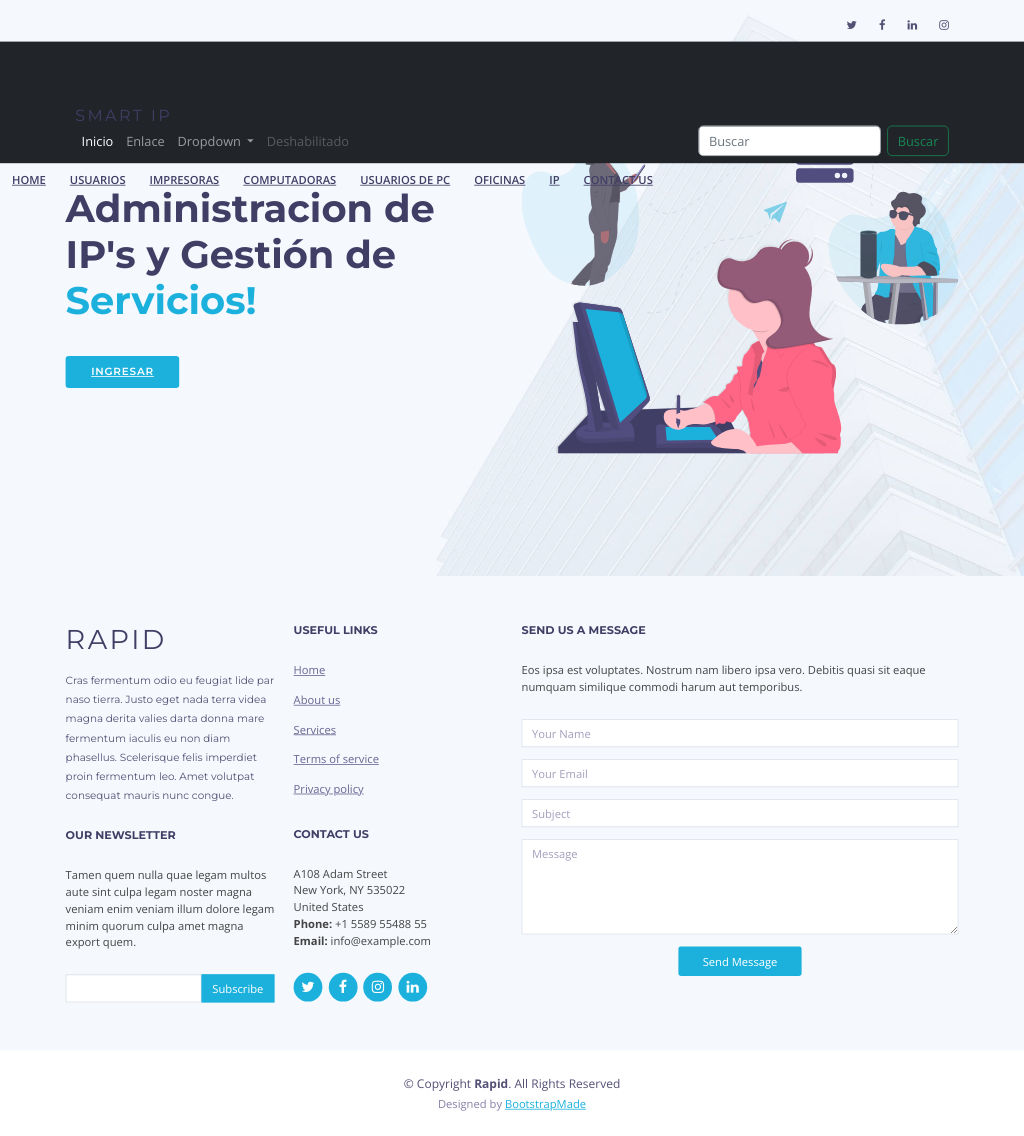
Repository: AlejandroJesusSerrano/SmartIPs
Page: http://localhost/smartipnav/index
These files come from the project's save history. The page is drawn as it stood at one moment and after the next save; the edit follows.
The browser window is 1280 px wide. The pictures show the whole page, at 80% of full size.
The page is served by the project's application, run on Django 4.2 (smartip/manage.py).

Above is the page before, as saved 2022-11-11 12:58:35.

After the next save:
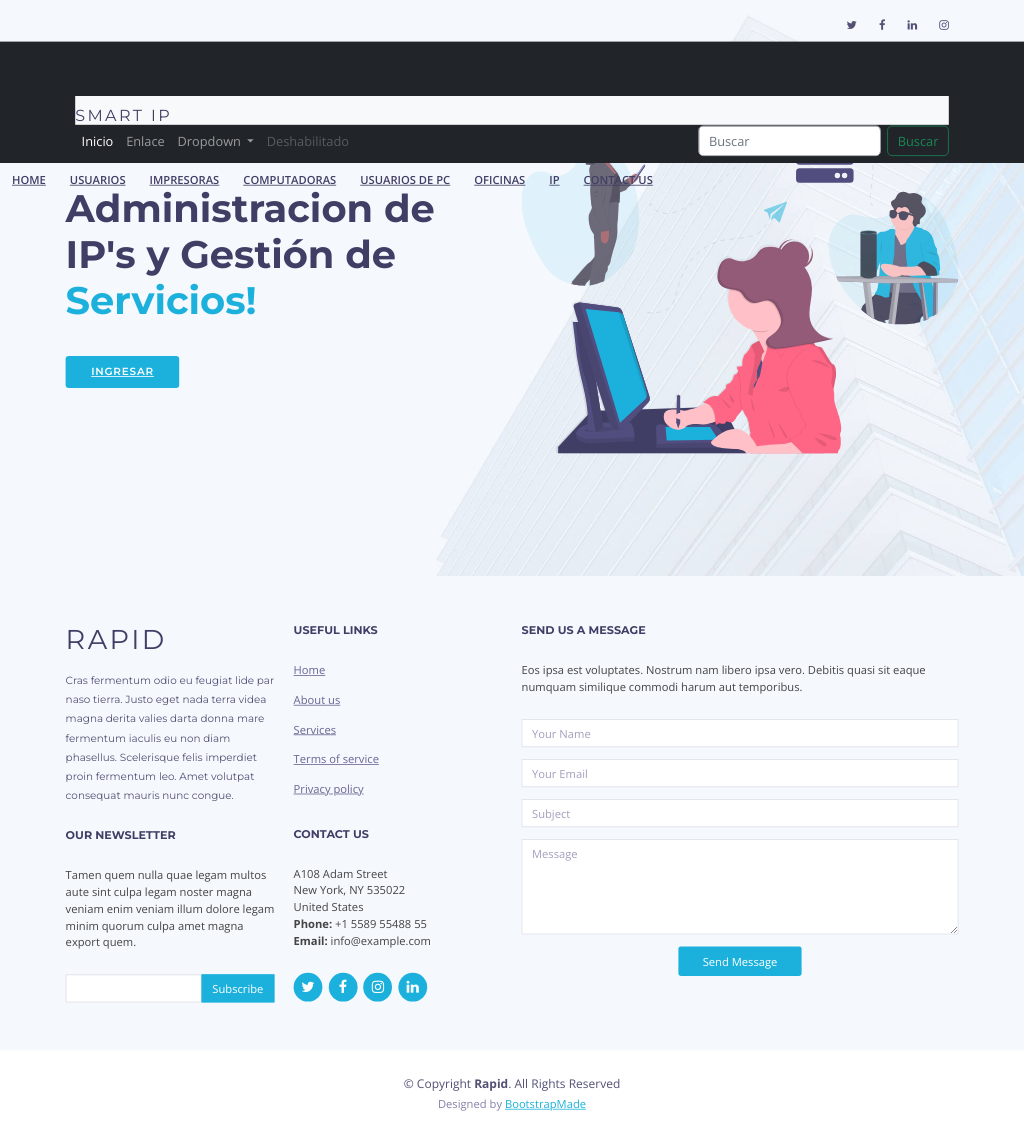
Saved 7 s later.
--- a/smartip/smartipnav/templates/smartipnav/base.html
+++ b/smartip/smartipnav/templates/smartipnav/base.html
@@ -62,7 +62,7 @@
           <a class="navbar-brand" href="index">
             <div class="logo float-left">
               <!-- Uncomment below if you prefer to use an image logo -->
-              <h1 class="text-bg-dark text-bg-light">Smart IP</a></h1>
+              <h1 class="text-bg-light">Smart IP</a></h1>
               <!-- <a href="#header" class="scrollto"><img src="img/logo.png" alt="" class="img-fluid"></a> -->
             </div>
           </a>

After the save that followed:
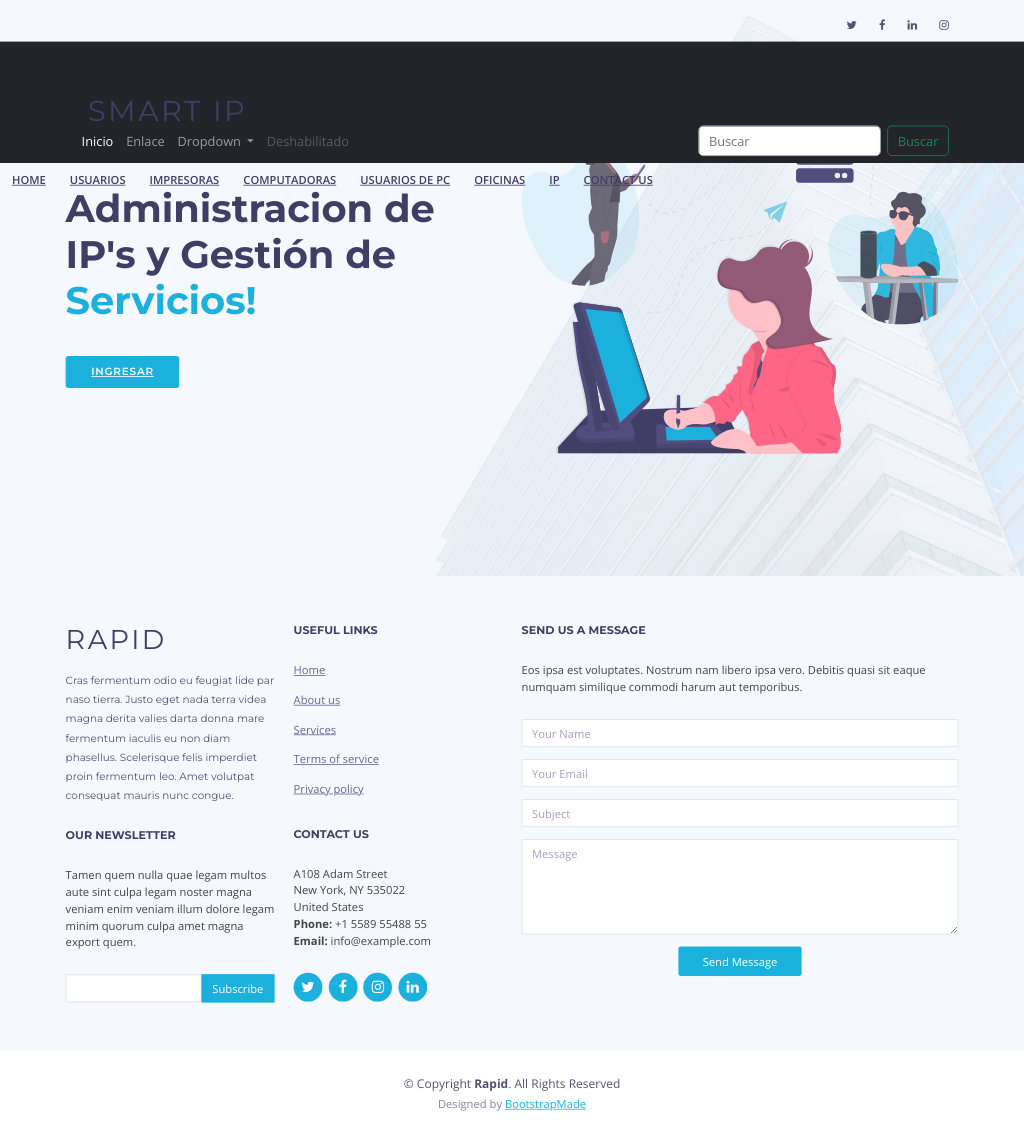
Saved 34 s later.
--- a/smartip/smartipnav/templates/smartipnav/base.html
+++ b/smartip/smartipnav/templates/smartipnav/base.html
@@ -62,7 +62,7 @@
           <a class="navbar-brand" href="index">
             <div class="logo float-left">
               <!-- Uncomment below if you prefer to use an image logo -->
-              <h1 class="text-bg-light">Smart IP</a></h1>
+              <h1 class="text-bg-dark"><a href="#intro" class="scrollto"><span>Smart IP</span></a></h1>
               <!-- <a href="#header" class="scrollto"><img src="img/logo.png" alt="" class="img-fluid"></a> -->
             </div>
           </a>
